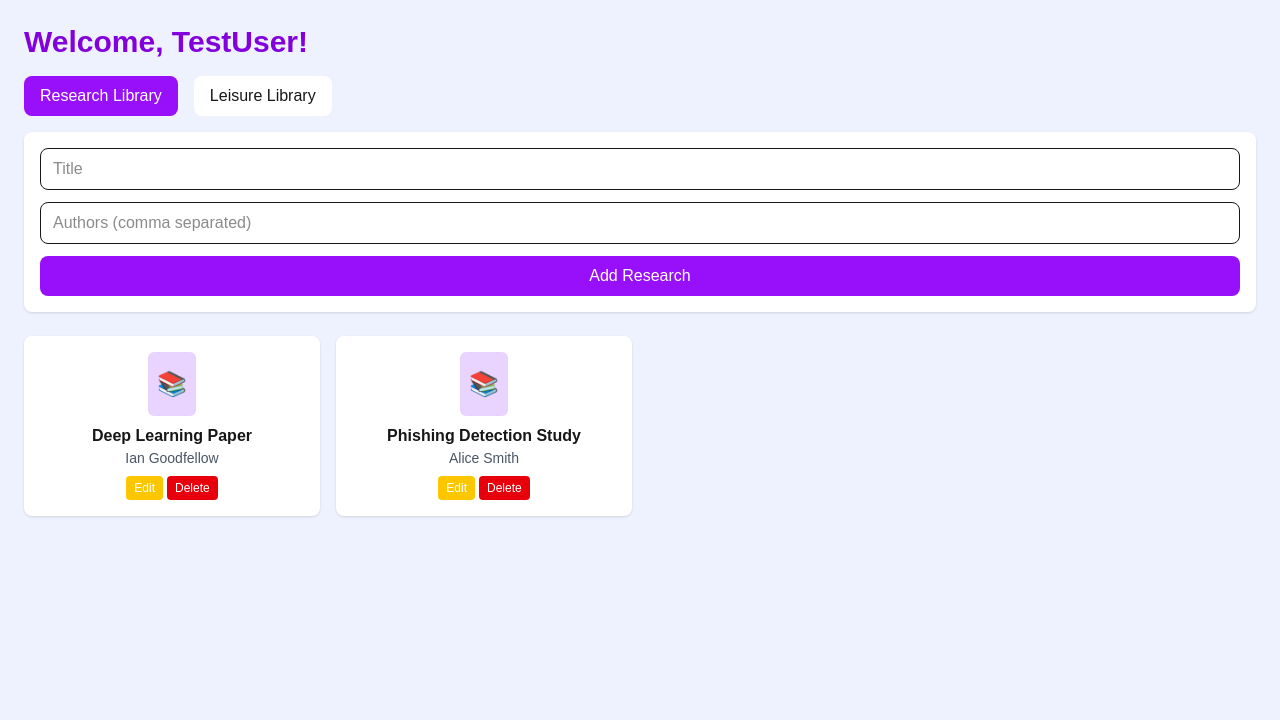
Repository: ramosfranz/bookie
Page: /dashboard
The author's editor kept a copy of each file at every save. The page is drawn from the files as they stood at one save, then again after the next save.
The browser window is 1280 px wide. The pictures show the whole page.
The project was rebuilt for these pictures with package versions that can differ from the ones it lists, and the page was loaded fresh each time. The framework's server and built-in components were replaced by stand-ins that run in the browser. Also part of the build but not shown: next.config.ts.

Above is the page before, as saved 2025-11-15 13:05:02.

After the next save:
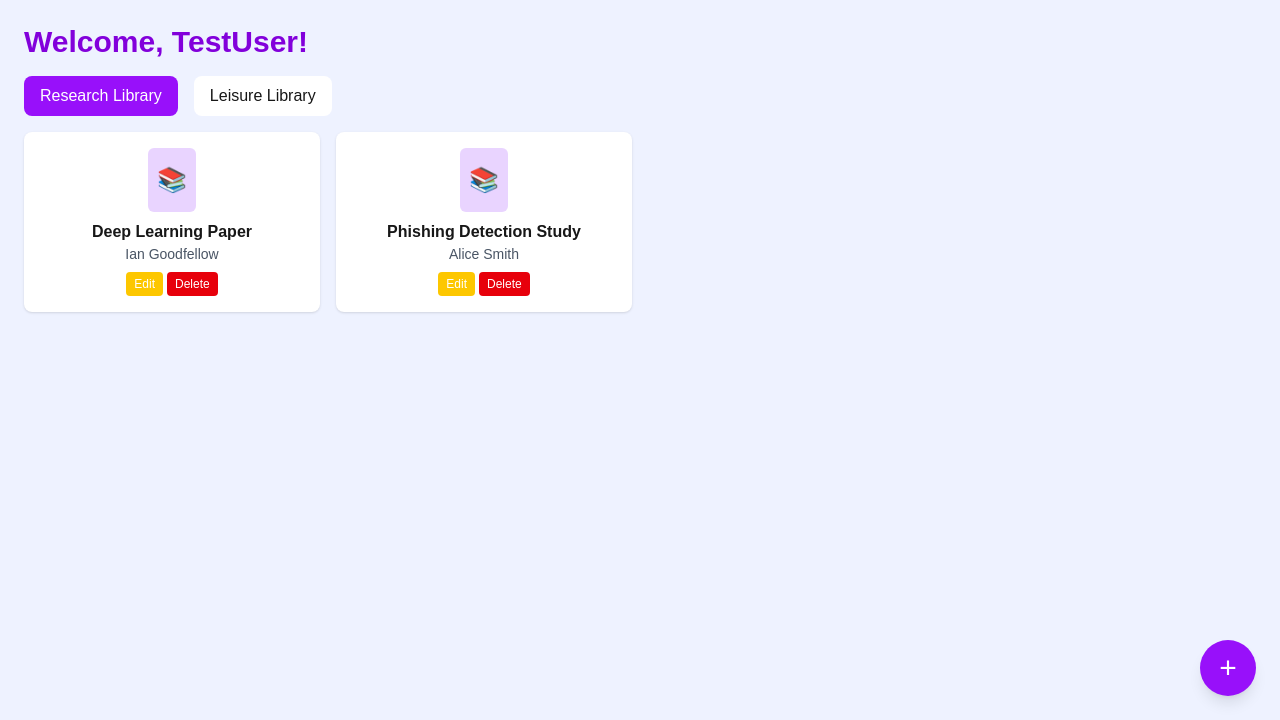
Saved 2 min 27 s later.
--- a/src/app/dashboard/page.tsx
+++ b/src/app/dashboard/page.tsx
@@ -33,6 +33,7 @@ export default function Dashboard() {
   const [formTitle, setFormTitle] = useState("");
   const [formAuthors, setFormAuthors] = useState("");
   const [editingId, setEditingId] = useState<string | null>(null);
+  const [showModal, setShowModal] = useState(false);
 
   const currentLibrary = activeTab === "research" ? researchLibrary : leisureLibrary;
   const setCurrentLibrary =
@@ -65,6 +66,7 @@ export default function Dashboard() {
     setFormTitle("");
     setFormAuthors("");
     setEditingId(null);
+    setShowModal(false);
   };
 
   // Delete
@@ -77,10 +79,11 @@ export default function Dashboard() {
     setEditingId(item.id);
     setFormTitle(item.title);
     setFormAuthors(item.authors.join(", "));
+    setShowModal(true);
   };
 
   return (
-    <div className="min-h-screen p-6 bg-indigo-50">
+    <div className="min-h-screen p-6 bg-indigo-50 relative">
       <h1 className="text-3xl font-bold text-purple-700 mb-4">
         Welcome, {user.username}!
       </h1>
@@ -105,34 +108,6 @@ export default function Dashboard() {
         </button>
       </div>
 
-      {/* Form */}
-      <form
-        onSubmit={handleSubmit}
-        className="mb-6 p-4 bg-white rounded-lg shadow flex flex-col gap-3"
-      >
-        <input
-          type="text"
-          placeholder="Title"
-          value={formTitle}
-          onChange={(e) => setFormTitle(e.target.value)}
-          className="px-3 py-2 border rounded-lg focus:outline-none focus:ring-2 focus:ring-purple-500"
-          required
-        />
-        <input
-          type="text"
-          placeholder="Authors (comma separated)"
-          value={formAuthors}
-          onChange={(e) => setFormAuthors(e.target.value)}
-          className="px-3 py-2 border rounded-lg focus:outline-none focus:ring-2 focus:ring-purple-500"
-        />
-        <button
-          type="submit"
-          className="px-4 py-2 bg-purple-600 text-white rounded-lg hover:bg-purple-700 transition"
-        >
-          {editingId ? "Update" : "Add"} {activeTab === "research" ? "Research" : "Book"}
-        </button>
-      </form>
-
       {/* Grid View */}
       <div className="grid grid-cols-2 sm:grid-cols-3 md:grid-cols-4 gap-4">
         {currentLibrary.map((item) => (
@@ -140,7 +115,6 @@ export default function Dashboard() {
             key={item.id}
             className="p-4 bg-white rounded-lg shadow flex flex-col items-center justify-center hover:shadow-md transition"
           >
-            {/* Book Icon */}
             <div className="w-12 h-16 bg-purple-200 rounded-md mb-2 flex items-center justify-center text-2xl">
               📚
             </div>
@@ -163,6 +137,54 @@ export default function Dashboard() {
           </div>
         ))}
       </div>
+
+      {/* Floating + Button */}
+      <button
+        className="fixed bottom-6 right-6 w-14 h-14 bg-purple-600 text-white text-3xl rounded-full shadow-lg hover:bg-purple-700 transition flex items-center justify-center"
+        onClick={() => setShowModal(true)}
+      >
+        +
+      </button>
+
+      {/* Modal */}
+      {showModal && (
+        <div className="fixed inset-0 bg-black/50 flex items-center justify-center z-50">
+          <div className="bg-white rounded-lg p-6 w-full max-w-sm relative">
+            <button
+              className="absolute top-2 right-2 text-gray-500 hover:text-gray-700"
+              onClick={() => setShowModal(false)}
+            >
+              ✕
+            </button>
+            <h2 className="text-xl font-bold mb-4">
+              {editingId ? "Edit" : "Add"} {activeTab === "research" ? "Research" : "Book"}
+            </h2>
+            <form onSubmit={handleSubmit} className="flex flex-col gap-3">
+              <input
+                type="text"
+                placeholder="Title"
+                value={formTitle}
+                onChange={(e) => setFormTitle(e.target.value)}
+                className="px-3 py-2 border rounded-lg focus:outline-none focus:ring-2 focus:ring-purple-500"
+                required
+              />
+              <input
+                type="text"
+                placeholder="Authors (comma separated)"
+                value={formAuthors}
+                onChange={(e) => setFormAuthors(e.target.value)}
+                className="px-3 py-2 border rounded-lg focus:outline-none focus:ring-2 focus:ring-purple-500"
+              />
+              <button
+                type="submit"
+                className="px-4 py-2 bg-purple-600 text-white rounded-lg hover:bg-purple-700 transition"
+              >
+                {editingId ? "Update" : "Add"}
+              </button>
+            </form>
+          </div>
+        </div>
+      )}
     </div>
   );
 }
